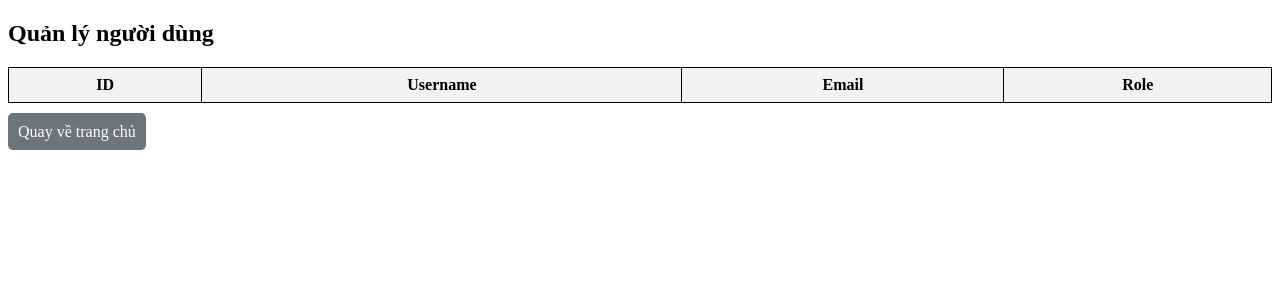
Repository: TuanAnhNguyen723/DanhGiaKIemDinh
Page: http://localhost/phpmailer/quanly.php
These files come from the project's save history. The page is drawn as it stood at one moment and after the next save; the edit follows.
The browser window is 1280 px wide. The pictures show the whole page.
The page is run by PHP 8.4 with error messages shown; the project is at /var/www/html/. Queries for data that is not in the repository find no rows.

Above is the page before, as saved 2024-05-24 10:40:41.

After the next save:
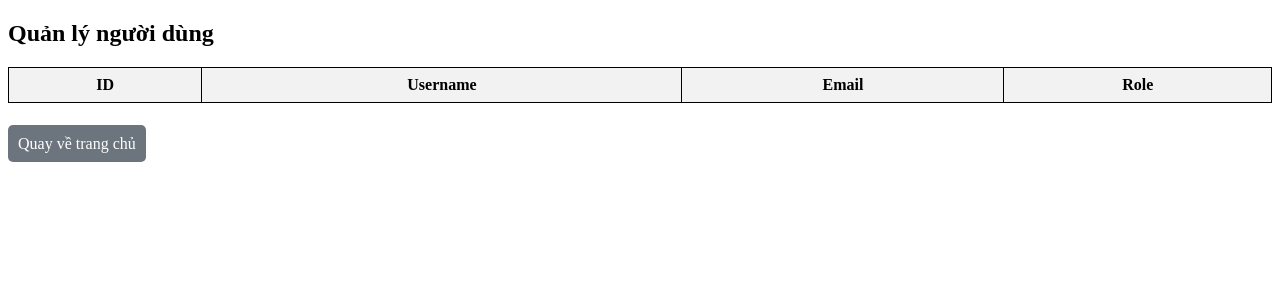
Saved 17 s later.
--- a/quanly.php
+++ b/quanly.php
@@ -50,22 +50,23 @@ mysqli_close($link);
         background-color: #f2f2f2;
     }
     .pagination {
-        display: flex;
-        justify-content: center;
-        margin-top: 20px;
-    }
-    .pagination a {
-        display: inline-block;
-        padding: 5px 10px;
-        margin: 0 5px;
-        border: 1px solid #ccc;
-        text-decoration: none;
-        color: #333;
-    }
-    .pagination a.active {
-        background-color: #333;
-        color: white;
-    }
+  display: flex;
+  justify-content: center;
+  margin: 1em 0;
+}
+.pagination a {
+  margin: 0 0.5em;
+  padding: 0.5em 1em;
+  text-decoration: none;
+  color: #007bff;
+  border: 1px solid #dee2e6;
+  border-radius: 0.25em;
+}
+.pagination a.active {
+  background-color: #007bff;
+  color: white;
+  border-color: #007bff;
+}
 
     .btn-block {
         padding: 10px;
